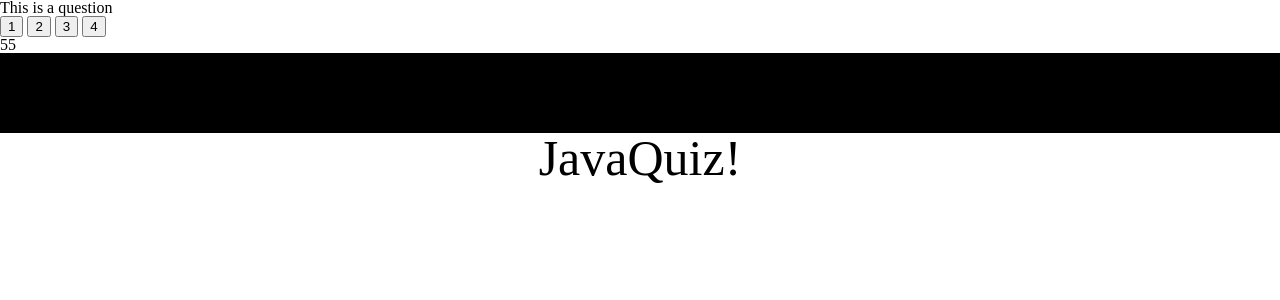
Repository: Pauldan1988/timed-quiz
Page: index.html
The author's editor kept a copy of each file at every save. The page is drawn from the files as they stood at one save, then again after the next save.
The browser window is 1280 px wide. The pictures show the whole page.

Above is the page before, as saved 2023-01-15 12:36:03.

### index.html
<!DOCTYPE html>
<html lang="en">
  <head>
    <meta charset="UTF-8" />
    <meta http-equiv="X-UA-Compatible" content="IE=edge" />
    <meta
      name="viewport"
      content="width=device-width, height=device-height, initial-scale=1.0, user-scalable=yes"
    />
    <title>Document</title>
    <link rel="stylesheet" href="./assets/reset.css" />
    <link rel="stylesheet" href="./assets/style.css" />
  </head>
  <body>
    <div id="quizlet"></div>
    <div id="quiz area">
      <h2 id="questiontext">Question</h2>
      <button id="q1"></button>
      <button id="q2"></button>
      <button id="q3"></button>
      <button id="q4"></button>
      <p id="timer"></p>
    </div>

    <script src="./assets/script.js"></script>
  </body>
</html>

### assets/script.js
const body = document.body;
const headerEl = document.createElement("header");
const h1El = document.createElement("h1");
const paraEl = document.createElement("p");
const startQuizEl = document.createElement("div");
const scoresEl = document.createElement("div");
let time = 60
let timer
let questionIndex = 0
const questions = [
    {
        question:"This is a question",
        choices: ["1","2","3","4"],
        answer: "1"
    },
    {
        question:"This is a question 2",
        choices: ["1","2","3","4"],
        answer: "2"
    },
    {
        question:"This is a question 3",
        choices: ["1","2","3","4"],
        answer: "4"
    },
    {
        question:"This is a question 4",
        choices: ["1","2","3","4"],
        answer: "3"
    }
]


function displayQuestion() {
    document.querySelector("#questiontext").innerText = questions[questionIndex].question
    document.querySelector("#q1").innerText = questions[questionIndex].choices[0]
    document.querySelector("#q2").innerText = questions[questionIndex].choices[1]
    document.querySelector("#q3").innerText = questions[questionIndex].choices[2]
    document.querySelector("#q4").innerText = questions[questionIndex].choices[3]
}
displayQuestion()


function startTimer() {
    timer = setInterval(function(){
        if(time > 0){
            time -=1
            document.querySelector("#timer").innerText = time
        }
    },1000)
}
startTimer()


function checkAnswer(event) {
 const userChoice = event.target.innerText
 const correctChoice = questions
}









body.appendChild(headerEl)
body.appendChild(h1El)
headerEl.setAttribute("style", "margin:auto; background-color: black; width:auto; height: 5rem; display:flex;")
h1El.setAttribute("style", "margin:auto; display:flex; justify-content:center; font-size:50px")

h1El.textContent = "JavaQuiz!"

function header() {

}






























// const containerE1 = document.getElementById("quizlet")

// function dashboard() {
//     const dashContainer = document.createElement("div")

//     const dashHeader = document.createElement("header")
//     dashHeader.textContent = "Quizlet"
//     // dashHeader.classList.add("")
//     const logoh1 = document.createElement("h1")
//     logoh1.textContent = "QZ"
//     // logoh1.classList.add("")
//     const dashButton = document.createElement("button")
//     dashButton.textContent = "Scores"
//     dashButton.addEventListener("click", function () {

//     })
//     dashHeader.appendChild(logoh1)
//     dashHeader.appendChild(dashButton)
//     dashContainer.appendChild(dashHeader)
//     return dashContainer
// }

// dashboard()

// function scoreSheet() {
//     const scoreDiv = document.createElement = createElement("div")

//     const scoreHeader = document.createElement = createElement("header")
//     scoreHeader.textContent = "Congratulations! Your score is"
//     // scoreHeader.classList.add("")
//     // const scoreHeader


// }8q

Loaded but not shown: assets/CSS/reset.css (common file); assets/CSS/style.css (no copy from this time; the picture is the same without it)

After the next save:
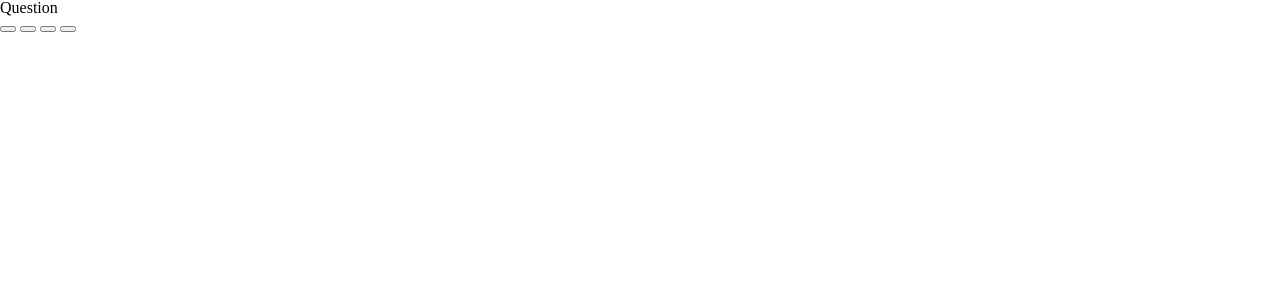
Console error: SyntaxError: Unexpected token ']'
Saved 6 s later.
--- a/assets/script.js
+++ b/assets/script.js
@@ -54,7 +54,7 @@
 
 function checkAnswer(event) {
  const userChoice = event.target.innerText
- const correctChoice = questions
+ const correctChoice = questions[]
 }
 
 

After the save that followed:
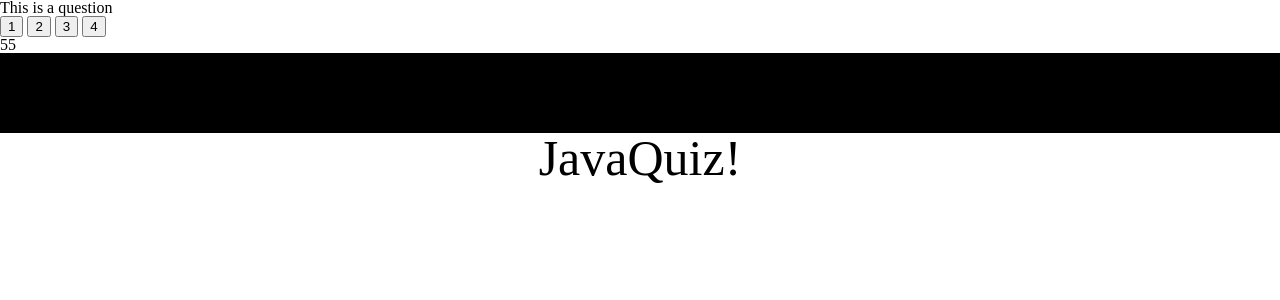
The error is gone.
Saved 5 s later.
--- a/assets/script.js
+++ b/assets/script.js
@@ -54,7 +54,7 @@
 
 function checkAnswer(event) {
  const userChoice = event.target.innerText
- const correctChoice = questions[]
+ const correctChoice = questions[questionIndex]
 }
 
 
